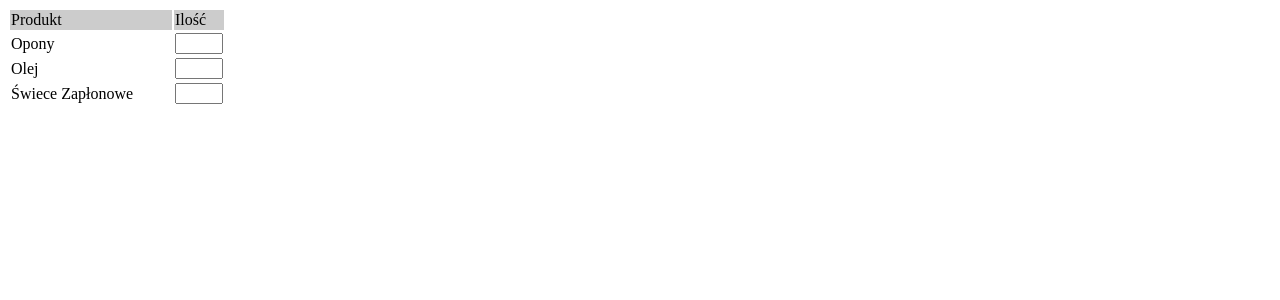
Repository: gabr/workspace
Page: php 001 - formularz/formularz.html
The author's editor kept a copy of each file at every save. The page is drawn from the files as they stood at one save, then again after the next save.
The browser window is 1280 px wide. The pictures show the whole page.

Above is the page before, as saved 2013-02-22 21:22:16.

After the next save:
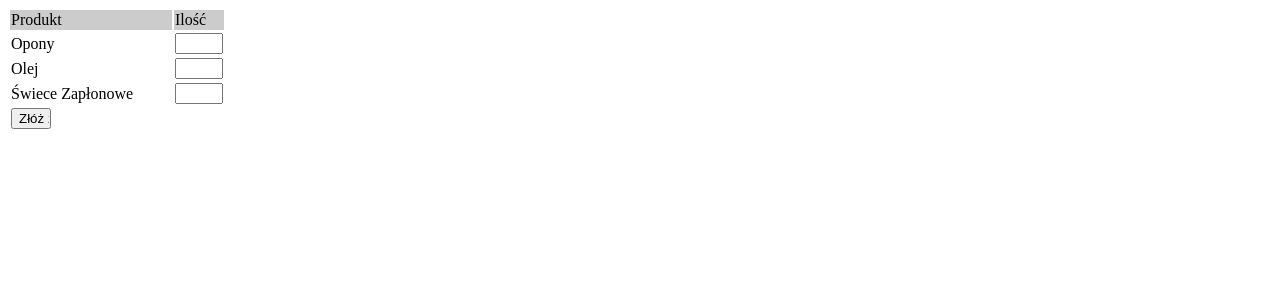
Saved 6 min 36 s later.
--- a/php 001 - formularz/formularz.html
+++ b/php 001 - formularz/formularz.html
@@ -23,6 +23,11 @@
 			<td>Świece Zapłonowe</td>
 			<td><input type="text" name="iloscswiec" maxlength="3" /></td>
 		</tr>
+		<tr>
+			<td colspan="2">
+				<input type="submit" value="Złóż zamówienie" />
+			</td>
+		</tr>
 	</table>
 </body>
 </html>
